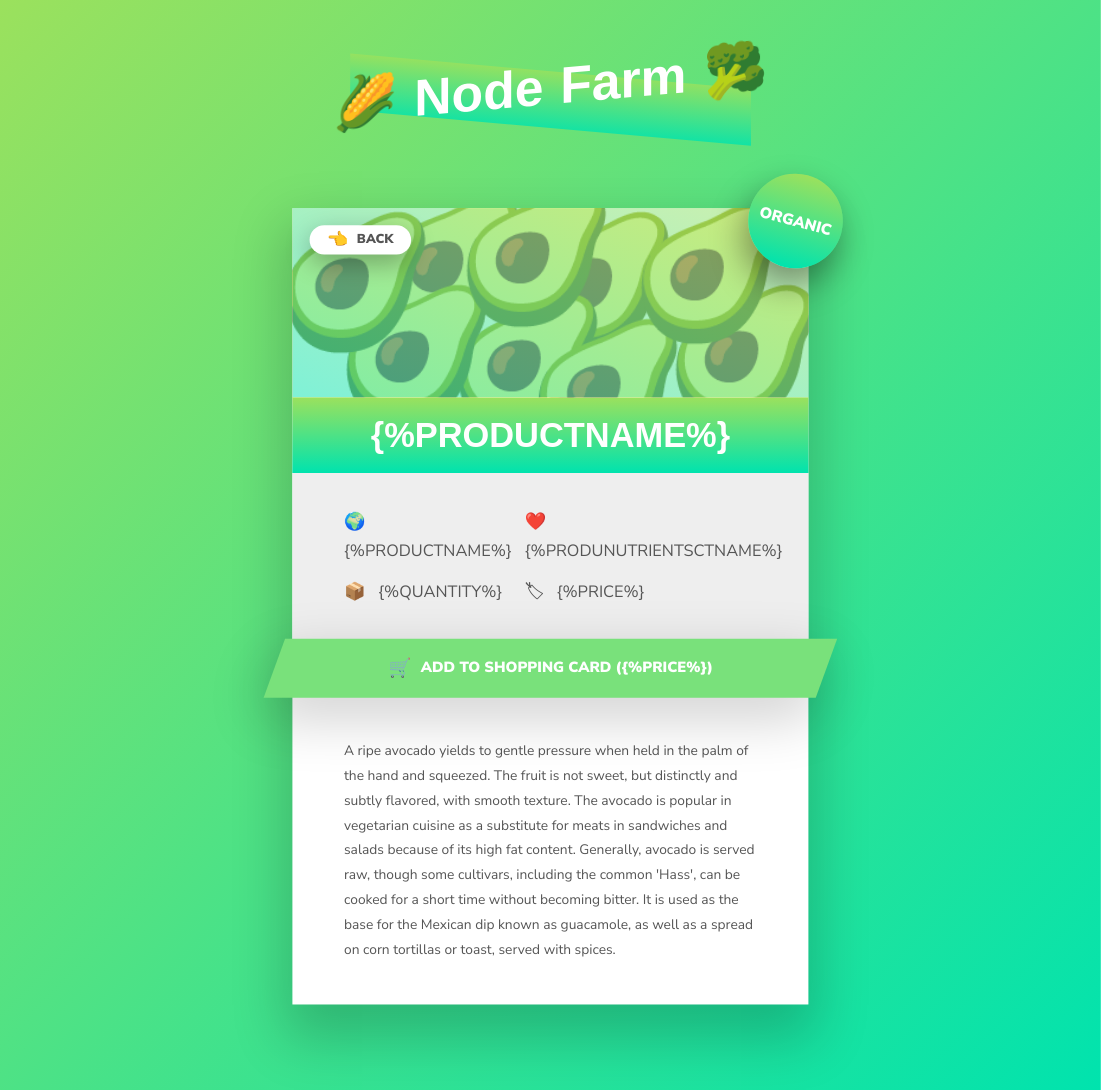
Repository: Kaii-Dev/NODEJS-by-JONAS
Page: 1-node-farm/starter/templates/product.html
These files come from the project's save history. The page is drawn as it stood at one moment and after the next save; the edit follows.
The browser window is 1280 px wide. The pictures show the whole page, at 86% of full size.
Some web fonts or font styles are not loaded; a fallback is used.

Above is the page before, as saved 2022-08-03 13:47:29.

After the next save:
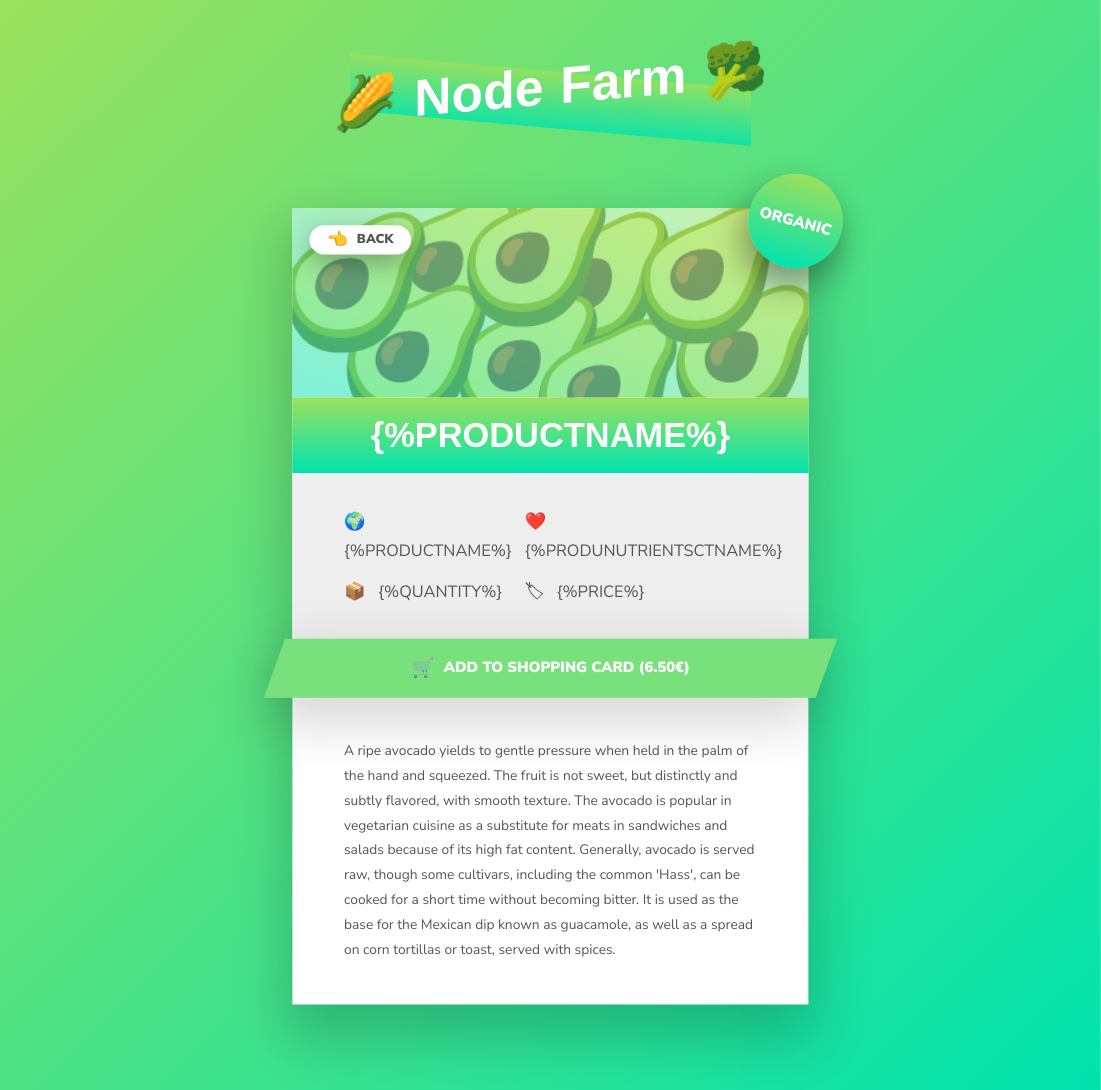
Saved 17 s later.
--- a/1-node-farm/starter/templates/product.html
+++ b/1-node-farm/starter/templates/product.html
@@ -295,7 +295,7 @@
 
         <a href="#" class="product__link">
           <span class="emoji-left">🛒</span>
-          <span>Add to shopping card ({%PRICE%})</span>
+          <span>Add to shopping card (6.50€)</span>
         </a>
 
         <p class="product__description">
